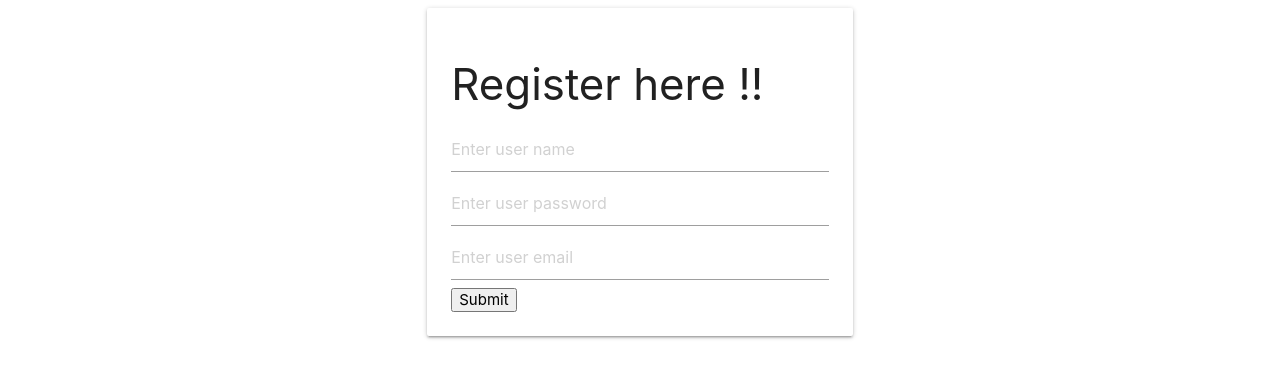
Repository: ShaileshMishr/Javanew
Page: http://localhost/Register/signup.jsp
These files come from the project's save history. The page is drawn as it stood at one moment and after the next save; the edit follows.
The browser window is 1280 px wide. The pictures show the whole page.
The page is served by Tomcat 10. Other server files are loaded and not shown.

Above is the page before, as saved 2023-10-11 21:31:04.

### Register/src/main/webapp/signup.jsp
<%@ page language="java" contentType="text/html; charset=ISO-8859-1"
    pageEncoding="ISO-8859-1"%>
<!DOCTYPE html>
<html>
<head>
<meta charset="ISO-8859-1">
<title>Register Page</title>

 <!-- Compiled and minified CSS -->
    <link rel="stylesheet" href="https://cdnjs.cloudflare.com/ajax/libs/materialize/1.0.0/css/materialize.min.css">

    <!-- Compiled and minified JavaScript -->
    <script src="https://cdnjs.cloudflare.com/ajax/libs/materialize/1.0.0/js/materialize.min.js"></script>


</head>
<body>
<div class="container">
<div class="row">
<div class="col m6 offset-m3">
<div class="card">
<div class="card-content">
<h3>Register here !!</h3>
<div class="form">
<!--  creating form -->

<form action="Register" method="post">
<input type="text" name="user_name" placeholder="Enter user name" />
<input type="password" name="user_password" placeholder="Enter user password" />
<input type="email" name="user_email" placeholder="Enter user email" />

<button>Submit</button>
</form>

<div class="loader">

</div>

</div>
</div>
</div>
</div>
</div>
</div>



</body>
</html>

After the next save:
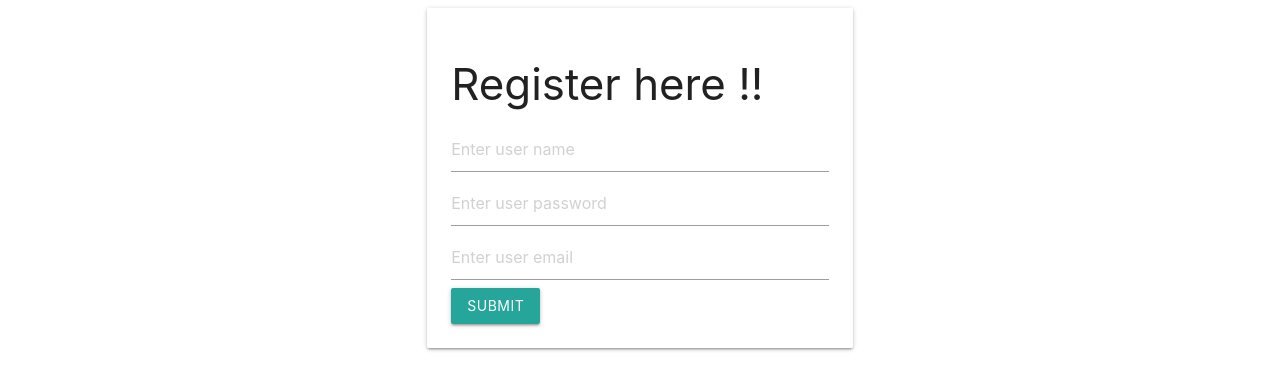
Saved 28 s later.
--- a/Register/src/main/webapp/signup.jsp
+++ b/Register/src/main/webapp/signup.jsp
@@ -29,7 +29,7 @@
 <input type="password" name="user_password" placeholder="Enter user password" />
 <input type="email" name="user_email" placeholder="Enter user email" />
 
-<button>Submit</button>
+<button type="submit" class="btn">Submit</button>
 </form>
 
 <div class="loader">
